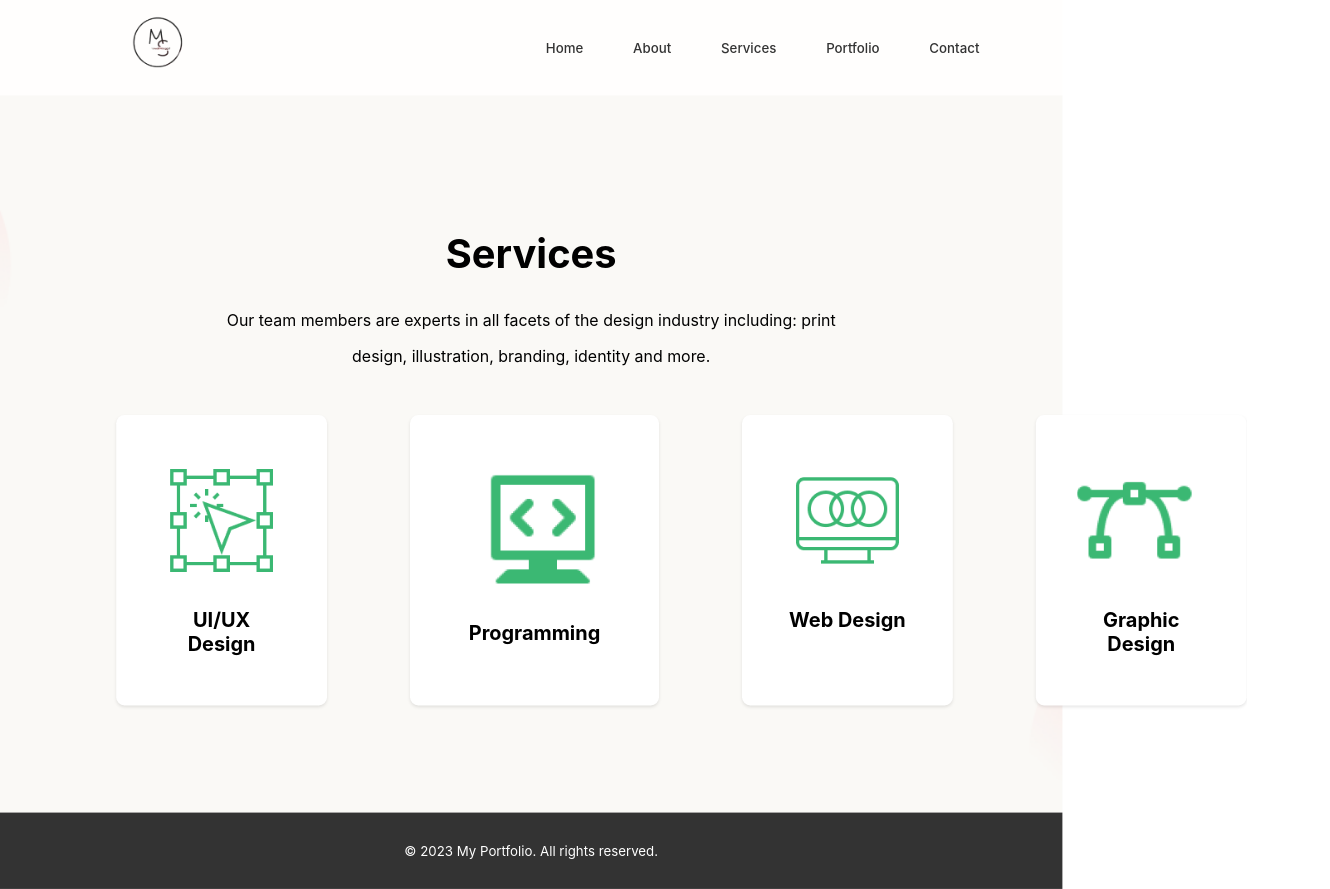
Repository: MEROO1010/Portfolio_00
Page: /services (app in portfolio_00/)
An editor plug-in stored every save of this project. The page is shown before and after the next save, followed by the edit.
The browser window is 1280 px wide. The page is 1502 px wide, then 1602 px, so the pictures cover 1602 px, including what lies to the right of the window. The pictures show the whole page, at 83% of full size.
The project was rebuilt for these pictures with package versions that can differ from the ones it lists, and the page was loaded fresh each time. Also part of the build but not shown: portfolio_00/src/components/Home.jsx, portfolio_00/src/components/About.jsx, portfolio_00/src/components/Portfolio.jsx, portfolio_00/src/components/Contact.jsx.

Above is the page before, as saved 2024-11-19 10:16:42.

### portfolio_00/src/App.jsx
import React from 'react';
import { BrowserRouter, Route, Routes } from 'react-router-dom';
import Header from './components/Header';
import Home from './components/Home';
import About from './components/About';
import Services from './components/Services';
import Portfolio from './components/Portfolio';
import Contact from './components/Contact';
import Footer from './components/Footer';
// import GlobalStyle from './styles/global';

const App = () => {
  return (
    <BrowserRouter>
    <Header />
    <Routes>
      <Route path="/"  element={<Home />} />
      <Route path="/about"  element={<About />} />
      <Route path="/services" element={<Services  />} />

      <Route path="/portfolio" element={<Portfolio />} />
      <Route path="/contact" element={<Contact />} />
    </Routes>

    <Footer />
  </BrowserRouter>
  );
};

export default App;

### portfolio_00/src/features/counter/counterSlice.js
import { createAsyncThunk, createSlice } from '@reduxjs/toolkit';
import { fetchCount } from './counterAPI';

const initialState = {
  value: 0,
  status: 'idle',
};

// The function below is called a thunk and allows us to perform async logic. It
// can be dispatched like a regular action: `dispatch(incrementAsync(10))`. This
// will call the thunk with the `dispatch` function as the first argument. Async
// code can then be executed and other actions can be dispatched. Thunks are
// typically used to make async requests.
export const incrementAsync = createAsyncThunk(
  'counter/fetchCount',
  async (amount) => {
    const response = await fetchCount(amount);
    // The value we return becomes the `fulfilled` action payload
    return response.data;
  }
);

export const counterSlice = createSlice({
  name: 'counter',
  initialState,
  // The `reducers` field lets us define reducers and generate associated actions
  reducers: {
    increment: (state) => {
      // Redux Toolkit allows us to write "mutating" logic in reducers. It
      // doesn't actually mutate the state because it uses the Immer library,
      // which detects changes to a "draft state" and produces a brand new
      // immutable state based off those changes
      state.value += 1;
    },
    decrement: (state) => {
      state.value -= 1;
    },
    // Use the PayloadAction type to declare the contents of `action.payload`
    incrementByAmount: (state, action) => {
      state.value += action.payload;
    },
  },
  // The `extraReducers` field lets the slice handle actions defined elsewhere,
  // including actions generated by createAsyncThunk or in other slices.
  extraReducers: (builder) => {
    builder
      .addCase(incrementAsync.pending, (state) => {
        state.status = 'loading';
      })
      .addCase(incrementAsync.fulfilled, (state, action) => {
        state.status = 'idle';
        state.value += action.payload;
      });
  },
});

export const { increment, decrement, incrementByAmount } = counterSlice.actions;

// The function below is called a selector and allows us to select a value from
// the state. Selectors can also be defined inline where they're used instead of
// in the slice file. For example: `useSelector((state: RootState) => state.counter.value)`
export const selectCount = (state) => state.counter.value;

// We can also write thunks by hand, which may contain both sync and async logic.
// Here's an example of conditionally dispatching actions based on current state.
export const incrementIfOdd = (amount) => (dispatch, getState) => {
  const currentValue = selectCount(getState());
  if (currentValue % 2 === 1) {
    dispatch(incrementByAmount(amount));
  }
};

export default counterSlice.reducer;

### portfolio_00/src/components/Header.jsx
import React from 'react';
import styled from 'styled-components';
import { Link } from 'react-router-dom';
import ImageLogo from '../assets/white_logo.png';

const HeaderContainer = styled.header`
  background-color: #FFFEFD;
  padding: 10px 100px;
  display: flex;
  justify-content: space-between;
  align-items: center;
`;

const Logo = styled.h1`
  margin:4px;
  padding-left:40px;
`;

const NavLinks = styled .nav`
  display: flex;
  gap: 60px;
`;

const NavLink = styled(Link)`
  text-decoration: none;
  color: #333;
  font-weight: 500;

  &:hover {
    color: #3BB873;
  }
`;

const Header = () => {
  return (
    <HeaderContainer>
      <Logo><img src={ImageLogo} alt="Description of image" /></Logo>
      <NavLinks>
        <NavLink to="/">Home</NavLink>
        <NavLink to="/about">About</NavLink>
        <NavLink to="/services">Services</NavLink>
        <NavLink to="/portfolio">Portfolio</NavLink>
        <NavLink to="/contact">Contact</NavLink>
      </NavLinks>
    </HeaderContainer>
  );
};

export default Header;

### portfolio_00/src/components/Services.jsx
import React from "react";
import styled from "styled-components";
import UI_UX from "../assets/UI_UX.png";
import programming from "../assets/Programming.png";
import webdesign from "../assets/web_design.png";
import graphic_design from "../assets/graphic_design.png";
import bg3 from "../assets/services_bg.png";

const Container = styled.div`
  display: flex;
  justify-content: center;
  align-items: center;
  flex-direction: column;

  background-image: url(${bg3});
  background-position: center;
  background-size:cover;
  height: 120vh;

`;

const Title = styled.h1`
  font-size: 3rem;
  font-weight: bold;
  margin-bottom: 20px;
`;

const Subtitle = styled.p`
  font-size: 1.2rem;
  margin-bottom: 40px;
  p{
    text-align: center;
  }
`;

const ServicesContainer = styled.div`
  display: flex;
  justify-content: space-between;
  width: 80%;
  max-width: 1000px;
  margin: 0 auto;
`;

const ServiceCard = styled.div`
  background-color: white;
  border-radius: 10px;
  padding: 50px;
  box-shadow: 0 2px 4px rgba(0, 0, 0, 0.1);
  text-align: center;
  width: 200px;
  margin-right: 10%;
  float: left;
  position: relative;

  justify-content: flex-end;
`;



const ServiceTitle = styled.h3`
  font-size: 1.5rem;
  font-weight: bold;
  margin-bottom: 10px;
`;

const Services = () => {
  return (
    <Container>
      <Title>Services</Title>
      <Subtitle>
        Our team members are experts in all facets of the design industry
        including: print<br/> <p>design, illustration, branding, identity and more.</p>
      </Subtitle>
      <ServicesContainer>
        <ServiceCard>
          <img src={UI_UX} alt="" />
          <ServiceTitle>UI/UX Design</ServiceTitle>
        </ServiceCard>
        <ServiceCard>
          <img src={programming} alt="" />
          <ServiceTitle>Programming</ServiceTitle>
        </ServiceCard>
        <ServiceCard>
          <img src={webdesign} alt="" />
          <ServiceTitle>Web Design</ServiceTitle>
        </ServiceCard>
        <ServiceCard>
          <img src={graphic_design} alt="" />
          <ServiceTitle>Graphic Design</ServiceTitle>
        </ServiceCard>
      </ServicesContainer>
    </Container>
  );
};

export default Services;

### portfolio_00/src/components/Footer.jsx
import React from 'react';
import styled from 'styled-components';

const FooterContainer = styled.footer`
  padding: 20px;
  background-color: #333;
  color: white;
  text-align: center;
`;

const Footer = () => {
  return (
    <FooterContainer>
      <p>&copy; 2023 My Portfolio. All rights reserved.</p>
    </FooterContainer>
  );
};

export default Footer;

Loaded but not shown: portfolio_00/public/index.html (common file); portfolio_00/src/index.js (common file); portfolio_00/src/app/store.js (common file); portfolio_00/src/reportWebVitals.js (common file); portfolio_00/src/index.css (common file); portfolio_00/src/features/counter/counterAPI.js (common file)

After the next save:
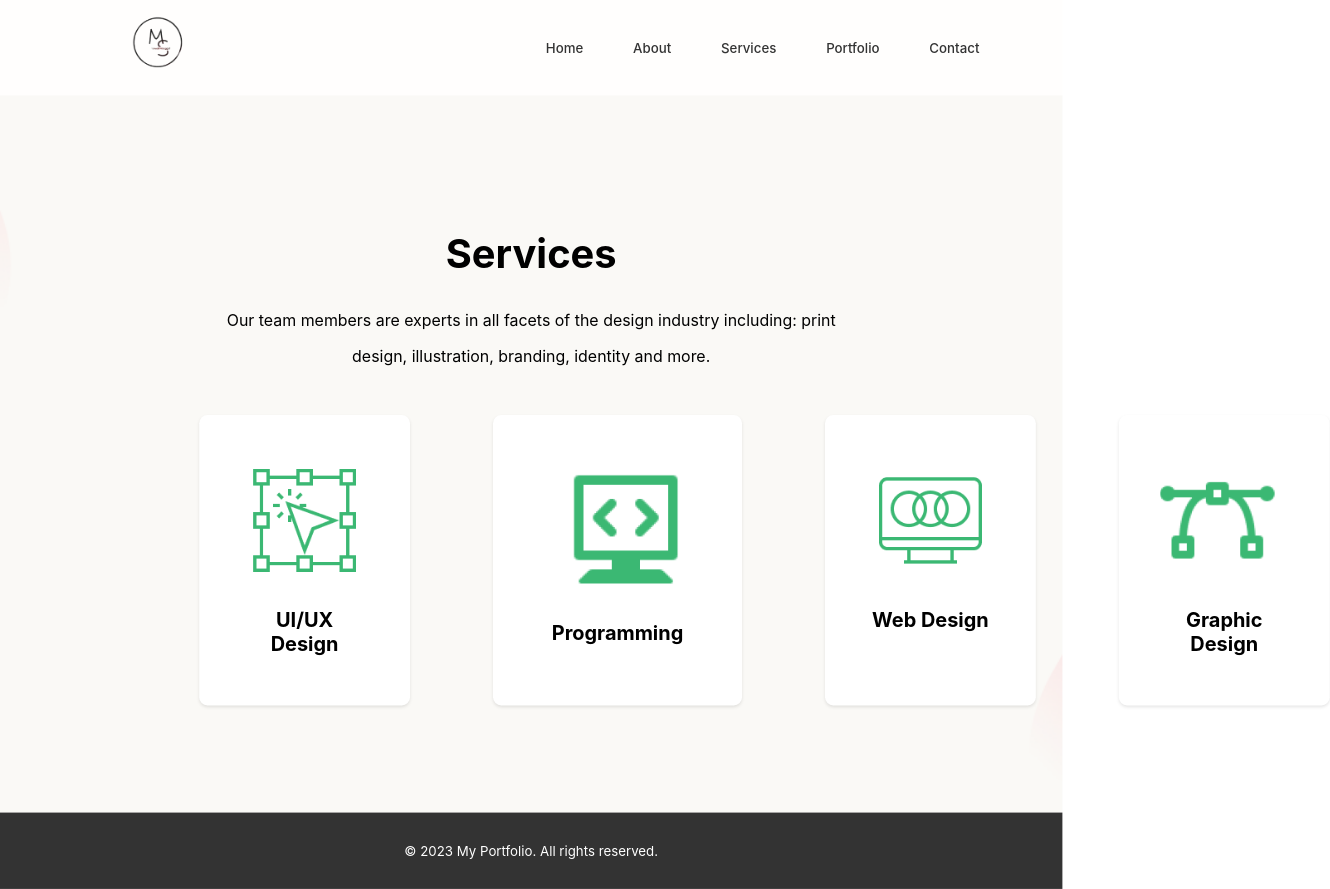
Saved 11 s later.
--- a/portfolio_00/src/components/Services.jsx
+++ b/portfolio_00/src/components/Services.jsx
@@ -48,7 +48,7 @@ const ServiceCard = styled.div`
   box-shadow: 0 2px 4px rgba(0, 0, 0, 0.1);
   text-align: center;
   width: 200px;
-  margin-right: 10%;
+  margin-left: 10%;
   float: left;
   position: relative;
 
